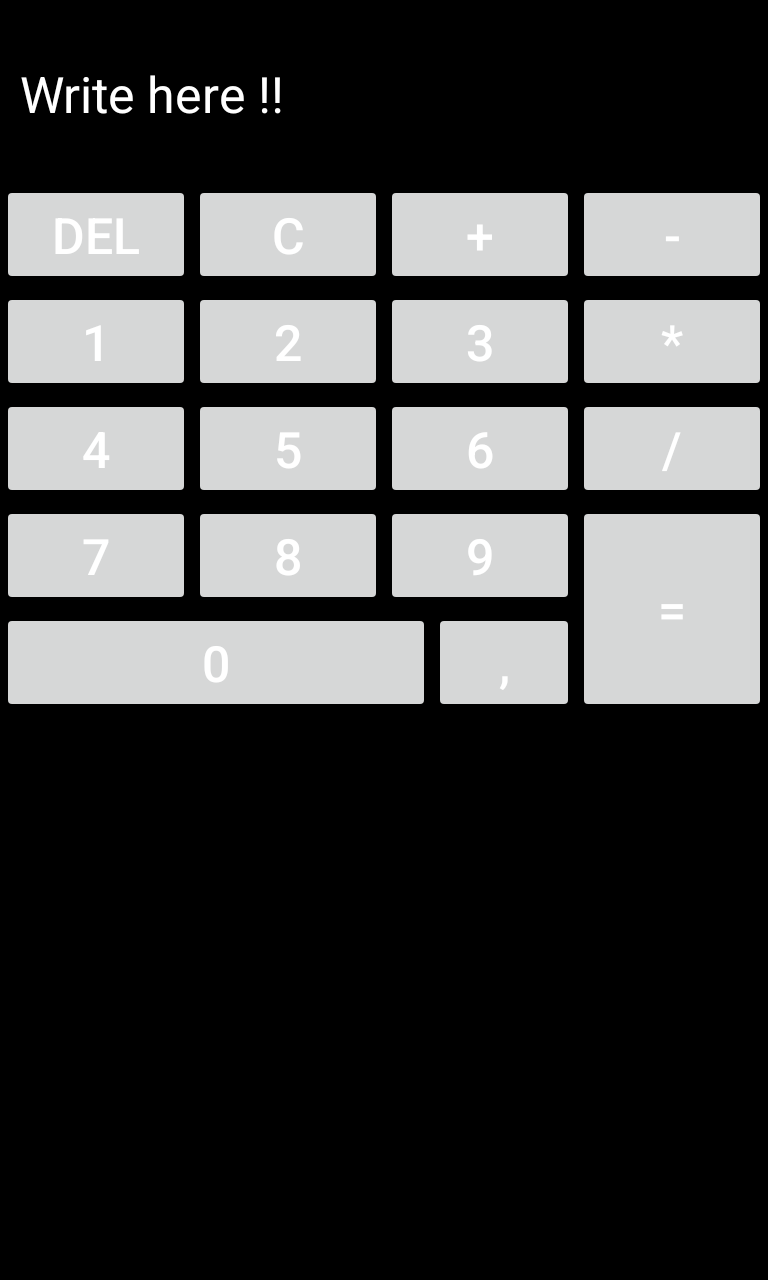
Repository: salihklc/Basic-Android
Layout: complexCalculator/res/layout/activity_main.xml
The author's editor kept a copy of each file at every save. The layout is drawn from the files as they stood at one save, then again after the next save.
It is drawn on a 768 x 1280 px phone screen (xhdpi) without system bars, with theme AppTheme; the app's code is not run.

Above is the layout before, as saved 2014-10-10 14:09:02.

### complexCalculator/res/layout/activity_main.xml
<LinearLayout xmlns:android="http://schemas.android.com/apk/res/android"
    xmlns:android1="http://schemas.android.com/apk/res/android"
    android:layout_width="match_parent"
    android:layout_height="match_parent"
    android:background="#000"
    android:orientation="vertical" >

<EditText
    android:layout_marginTop="20dp"
    android:layout_marginBottom="20dp"
    android:id="@+id/display"
    android:layout_width="match_parent"
    android:layout_height="wrap_content"
    android:hint=" Write here !!"
    android:textSize="25sp"
    android:textColor="#fff"
    android:textColorHint="#fff"
    />

	<LinearLayout
	    android:layout_width="match_parent"
	    android:layout_height="wrap_content"
	    android:weightSum="100"
	    android1:orientation="horizontal" >

	    <Button
	        android:layout_weight="25"
	        android:id="@+id/DEL"
	        android:layout_height="fill_parent"
	        android:text="@string/DEL"
	        android:textColor="#fff"
	        android:textSize="25sp"
	        />
	    <Button
	        android:layout_weight="25"
	        android:id="@+id/C"
	        android:layout_height="fill_parent"
	        android:text="@string/C"
	        android:textColor="#fff"
	        android:textSize="25sp"
	        />
	    <Button
	        android:layout_weight="25"
	        android:id="@+id/add"
	        android:layout_height="fill_parent"
	        android:text="@string/add"
	        android:textColor="#fff"
	        android:textSize="25sp"
	        />
	    <Button
	        android:layout_weight="25"
	        android:id="@+id/minus"
	        android:layout_height="fill_parent"
	        android:text="@string/minus"
	        android:textColor="#fff"
	        android:textSize="25sp"
	        />

	</LinearLayout>

	<LinearLayout
	    android:layout_width="match_parent"
	    android:layout_height="wrap_content"
	    android:weightSum="100"
	    android1:orientation="horizontal" >

	    <Button
	        android:layout_weight="25"
	        android:id="@+id/one"
	        android:layout_height="fill_parent"
	        android:text="@string/one"
	        android:textColor="#fff"
	        android:textSize="25sp"
	        />
	    <Button
	        android:layout_weight="25"
	        android:id="@+id/two"
	        android:layout_height="fill_parent"
	        android:text="@string/two"
	        android:textColor="#fff"
	        android:textSize="25sp"
	        />
	    <Button
	        android:layout_weight="25"
	        android:id="@+id/three"
	        android:layout_height="fill_parent"
	        android:text="@string/three"
	        android:textColor="#fff"
	        android:textSize="25sp"
	        />
	    <Button
	        android:layout_weight="25"
	        android:id="@+id/mult"
	        android:layout_height="fill_parent"
	        android:text="@string/mult"
	        android:textColor="#fff"
	        android:textSize="25sp"
	        />

	</LinearLayout>

	<LinearLayout
	    android:layout_width="match_parent"
	    android:layout_height="wrap_content"
	    android:weightSum="100"
	    android1:baselineAligned="false"
	    android1:orientation="horizontal" >

	    <Button
	        android:layout_weight="25"
	        android:id="@+id/four"
	        android:layout_height="fill_parent"
	        android:text="@string/four"
	        android:textColor="#fff"
	        android:textSize="25sp"
	        />
	    <Button
	        android:layout_weight="25"
	        android:id="@+id/five"
	        android:layout_height="fill_parent"
	        android:text="@string/five"
	        android:textColor="#fff"
	        android:textSize="25sp"
	        />
	    <Button
	        android:layout_weight="25"
	        android:id="@+id/six"
	        android:layout_height="fill_parent"
	        android:text="@string/six"
	        android:textColor="#fff"
	        android:textSize="25sp"
	        />
	    <Button
	        android:layout_weight="25"
	        android:id="@+id/div"
	        android:layout_height="fill_parent"
	        android:text="@string/div"
	        android:textColor="#fff"
	        android:textSize="25sp"
	        />

	</LinearLayout>

	<LinearLayout
	    android:layout_width="match_parent"
	    android:layout_height="wrap_content"
	    android:baselineAligned="false"
	    android:orientation="horizontal"
	    android:weightSum="100" >

		<LinearLayout
		    android1:layout_weight="75"
		    android:layout_height="fill_parent"
		    android:orientation="vertical" >

		<LinearLayout
		    android:layout_width="match_parent"
		    android:layout_height="wrap_content"
		    android:orientation="horizontal"
		    android:weightSum="99" >

		    <Button
		        android:layout_weight="33"
		        android:id="@+id/seven"
		        android:layout_height="fill_parent"
		        android:text="@string/seven"
		        android:textColor="#fff"
		        android:textSize="25sp"
		        />
		    <Button
		        android:layout_weight="33"
		        android:id="@+id/eight"
		        android:layout_height="fill_parent"
		        android:text="@string/eight"
		        android:textColor="#fff"
		        android:textSize="25sp"
		        />
		    <Button
		        android:layout_weight="33"
		        android:id="@+id/nine"
		        android:layout_height="fill_parent"
		        android:text="@string/nine"
		        android:textColor="#fff"
		        android:textSize="25sp"
		        />


		</LinearLayout>

		<LinearLayout
		    android:layout_width="match_parent"
		    android:layout_height="wrap_content"
		    android:orientation="horizontal"
		    android:weightSum="100" >

			<Button
			    android1:id="@+id/zero"
			    android1:layout_height="fill_parent"
			    android1:layout_weight="75"
			    android1:text="@string/zero"
			    android1:textColor="#fff"
			    android1:textSize="25sp" />

			<Button
			    android1:id="@+id/dot"
			    android1:layout_height="fill_parent"
			    android1:layout_weight="25"
			    android1:text="@string/dot"
			    android1:textColor="#fff"
			    android1:textSize="25sp" />

		</LinearLayout>

	</LinearLayout>

		<LinearLayout
		    android1:layout_height="match_parent"
		    android:layout_gravity="right"
		    android:layout_weight="25"
		    android1:orientation="horizontal" >

		    <Button
		        android1:id="@+id/equ"
		        android1:layout_width="wrap_content"
		        android1:layout_height="fill_parent"
		        android1:layout_weight="5.20"
		        android1:text="@string/equ"
		        android1:textColor="#fff"
		        android1:textSize="25sp" />

		</LinearLayout>

	</LinearLayout>

</LinearLayout>

### complexCalculator/res/values/strings.xml
<?xml version="1.0" encoding="utf-8"?>
<resources>

    <string name="app_name">complexCalculator</string>
    <string name="hello_world">Hello world!</string>
    <string name="action_settings">Settings</string>
    <string name="one">1</string>
	<string name="two">2</string>
	<string name="three">3</string>
	<string name="add">+</string>
	<string name="four">4</string>
	<string name="five">5</string>
	<string name="six">6</string>
	<string name="minus">-</string>
	<string name="seven">7</string>
	<string name="eight">8</string>
	<string name="nine">9</string>
	<string name="mult">*</string>
	<string name="zero">0</string>
	<string name="equ">=</string>
	<string name="div">/</string>
	<string name="dot">,</string>
	<string name="DEL">DEL</string>
	<string name="C">C</string>
</resources>

Loaded but not shown: complexCalculator/res/values/styles.xml (common file); complexCalculator/res/values-v11/styles.xml (common file); complexCalculator/res/values-v14/styles.xml (common file)

After the next save:
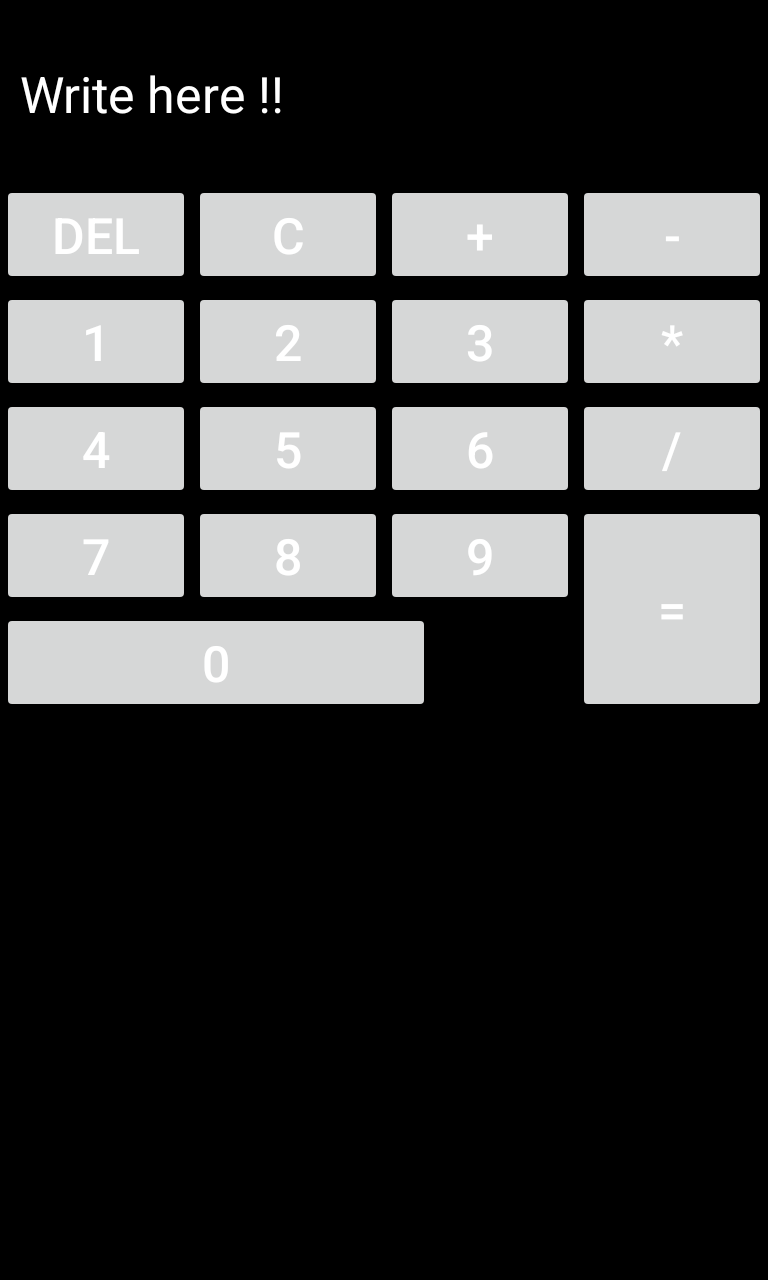
Saved 56 s later.
--- a/complexCalculator/res/layout/activity_main.xml
+++ b/complexCalculator/res/layout/activity_main.xml
@@ -204,7 +204,7 @@
 			<Button
 			    android1:id="@+id/dot"
 			    android1:layout_height="fill_parent"
-			    android1:layout_weight="25"
+			    android1:layout_weight="match_parent"
 			    android1:text="@string/dot"
 			    android1:textColor="#fff"
 			    android1:textSize="25sp" />
